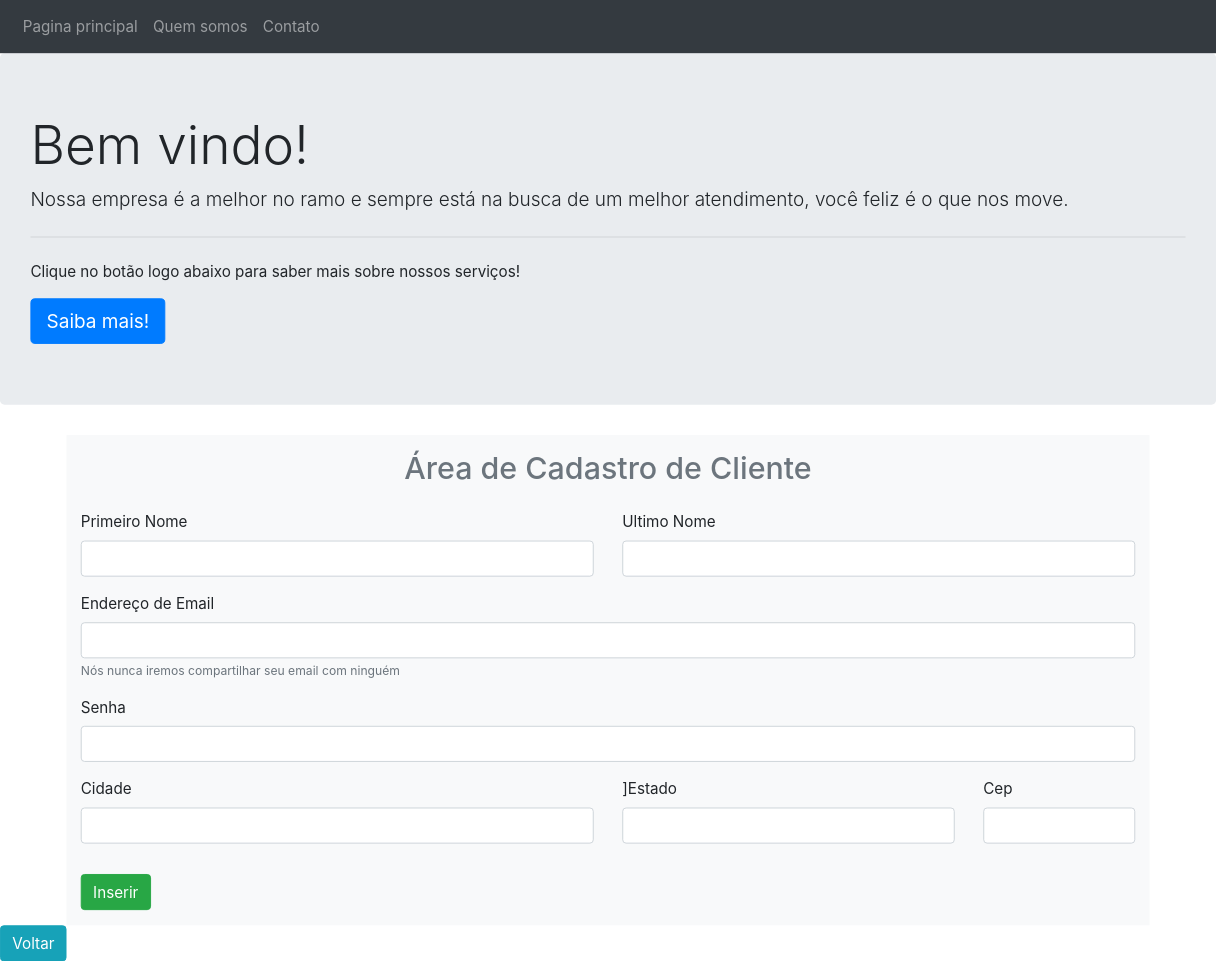
Repository: Ticapril/CRUD-JAVA
Page: http://localhost/CRUD-Java/CadastrarCliente.jsp
The author's editor kept a copy of each file at every save. The page is drawn from the files as they stood at one save, then again after the next save.
The browser window is 1280 px wide. The page is 1280 px wide, then 1295 px, then 1280 px, so the pictures cover 1295 px, including what lies to the right of the window. The pictures show the whole page, at 95% of full size.
The page is served by Tomcat 9. Other server files are loaded and not shown.

Above is the page before, as saved 2020-11-25 05:38:23.

### CRUD-Java/WebContent/CadastrarCliente.jsp
<%@ page language="java" contentType="text/html; charset=ISO-8859-1"
    pageEncoding="UTF-8"%>
    <%@ taglib uri="http://java.sun.com/jsp/jstl/core" prefix="c" %>
<!DOCTYPE html>
<html>
<head>
<title>Insert title here</title>
<meta name="viewport" content="width=device-width, initial-scale=1, shrink-to-fit=no">

<link rel="stylesheet" href="https://cdn.jsdelivr.net/npm/bootstrap@4.5.3/dist/css/bootstrap.min.css" integrity="sha384-TX8t27EcRE3e/ihU7zmQxVncDAy5uIKz4rEkgIXeMed4M0jlfIDPvg6uqKI2xXr2" crossorigin="anonymous">
</head>
<body>
	<nav class="navbar navbar-expand-lg navbar-dark bg-dark text-white">
		<%--
			<a class="navbar-brand" href="#">
				<img src="#" width="30" height="30"/>
			</a>
		--%>

		<div class="collapse navbar-collapse">
			<ul class="navbar-nav">
				<li class="navbar-item"><a class="nav-link" href="#">Pagina principal</a></li>
				<li class="navbar-item"><a class="nav-link" href="#">Quem somos</a></li>
				<li class="navbar-item"><a class="nav-link" href="#">Contato</a></li>
			</ul>
		</div>

	</nav>

	<section id="inicio">
		<div class="jumbotron">
			<h1 class="display-4">Bem vindo!</h1>
			<p class="lead">Nossa empresa é a melhor no ramo e sempre está na busca de um melhor atendimento, você feliz é o que nos move.</p>
			<hr class="my-4">
			<p>Clique no botão logo abaixo para saber mais sobre nossos serviços!</p>
			<a class="btn btn-primary btn-lg" href="#" role="button">Saiba mais!</a>
		</div>
	</section>

	<section id="formulario-cadastro">
		<div class="container bg-light">
		<h2 class="text-center text-muted pt-3 pb-3">Área de Cadastro de Cliente</h2>
			<form action='cliente?acao=cadastar&opcao=2' method='POST'>

			<div class="form-group">
				<div class="row">

					<div class="col">
						<label for="exampleInputNome">Primeiro Nome</label>
						<input type="text" class="form-control" name="nome" id="nome" />
					</div>

					<div class="col">
						<label for="exampleInputSobrenome">Ultimo Nome</label>
						<input type="text" class="form-control" name="ultimoNome" id="ultimoNome" />
					</div>
				</div>
			</div>

			<div class="form-group">
				<label for="exampleInputEmail1">Endereço de Email</label>
				<input type="email" class="form-control" id="exampleInputEmail1" aria-describedby="emailHelp" name="enderecoEmail" />
				<small id="emailHelp" class="form-text text-muted">Nós nunca iremos compartilhar seu email com ninguém</small>
			</div>

			<div class="form-group">
				<label for="exampleInput">Senha</label>
				<input type="password" class="form-control" id="exampleInputPassword" name="senha" />
			</div>
			<div class="row">

				<div class="form-group col-md-6">
					<label for="inputyCity">Cidade</label>
					<input type="text" class="form-control" id="inputCity" name="cidade"/>
				</div>

					<div class="form-group col-md-4">
						]<label for="inputState">Estado</label>
					<input type="text" class="form-control" id="inputState" name="estado" />
					</div>



				<div class="form-group col-md-2">
					<label for="inputZip">Cep</label>
					<input type="number" class="form-control" id="inputZip" name="cep" />
				</div>

			</div>
			<input type="submit" value="Inserir" class="btn btn-success mb-3 mt-3">

			</form>

		</div>
		<a class="btn btn-info" href="InserirCliente.jsp">Voltar</a>
	</section>


<script src="https://code.jquery.com/jquery-3.5.1.slim.min.js" integrity="sha384-DfXdz2htPH0lsSSs5nCTpuj/zy4C+OGpamoFVy38MVBnE+IbbVYUew+OrCXaRkfj" crossorigin="anonymous"></script>
<script src="https://cdn.jsdelivr.net/npm/popper.js@1.16.1/dist/umd/popper.min.js" integrity="sha384-9/reFTGAW83EW2RDu2S0VKaIzap3H66lZH81PoYlFhbGU+6BZp6G7niu735Sk7lN" crossorigin="anonymous"></script>
<script src="https://cdn.jsdelivr.net/npm/bootstrap@4.5.3/dist/js/bootstrap.min.js" integrity="sha384-w1Q4orYjBQndcko6MimVbzY0tgp4pWB4lZ7lr30WKz0vr/aWKhXdBNmNb5D92v7s" crossorigin="anonymous"></script>
</body>
</html>

After the next save:
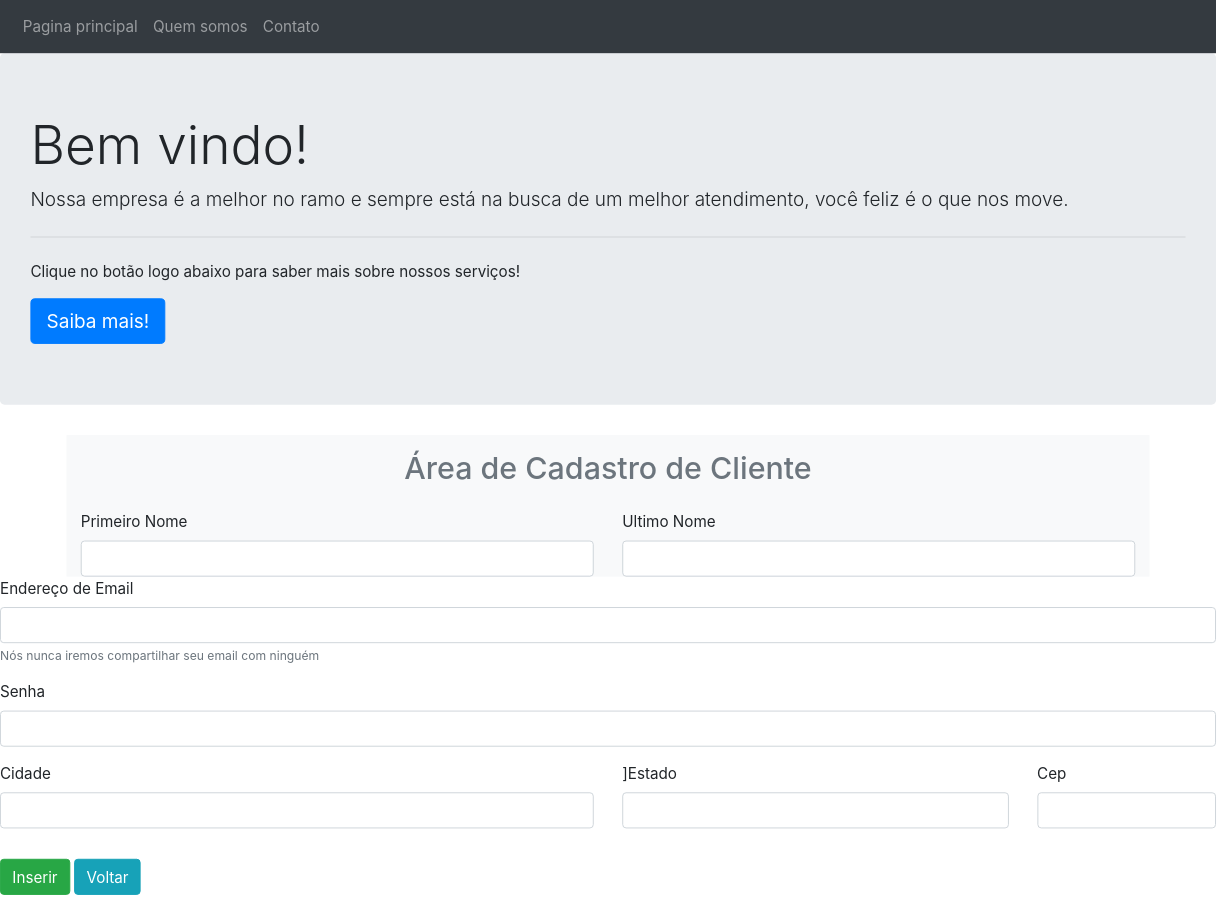
Saved 20 min 44 s later.
--- a/CRUD-Java/WebContent/CadastrarCliente.jsp
+++ b/CRUD-Java/WebContent/CadastrarCliente.jsp
@@ -40,7 +40,7 @@
 	<section id="formulario-cadastro">
 		<div class="container bg-light">
 		<h2 class="text-center text-muted pt-3 pb-3">Área de Cadastro de Cliente</h2>
-			<form action='cliente?acao=cadastar&opcao=2' method='POST'>
+			<form action='cliente?acao=cadastar&opcao=2' method="post'>
 
 			<div class="form-group">
 				<div class="row">

After the save that followed:
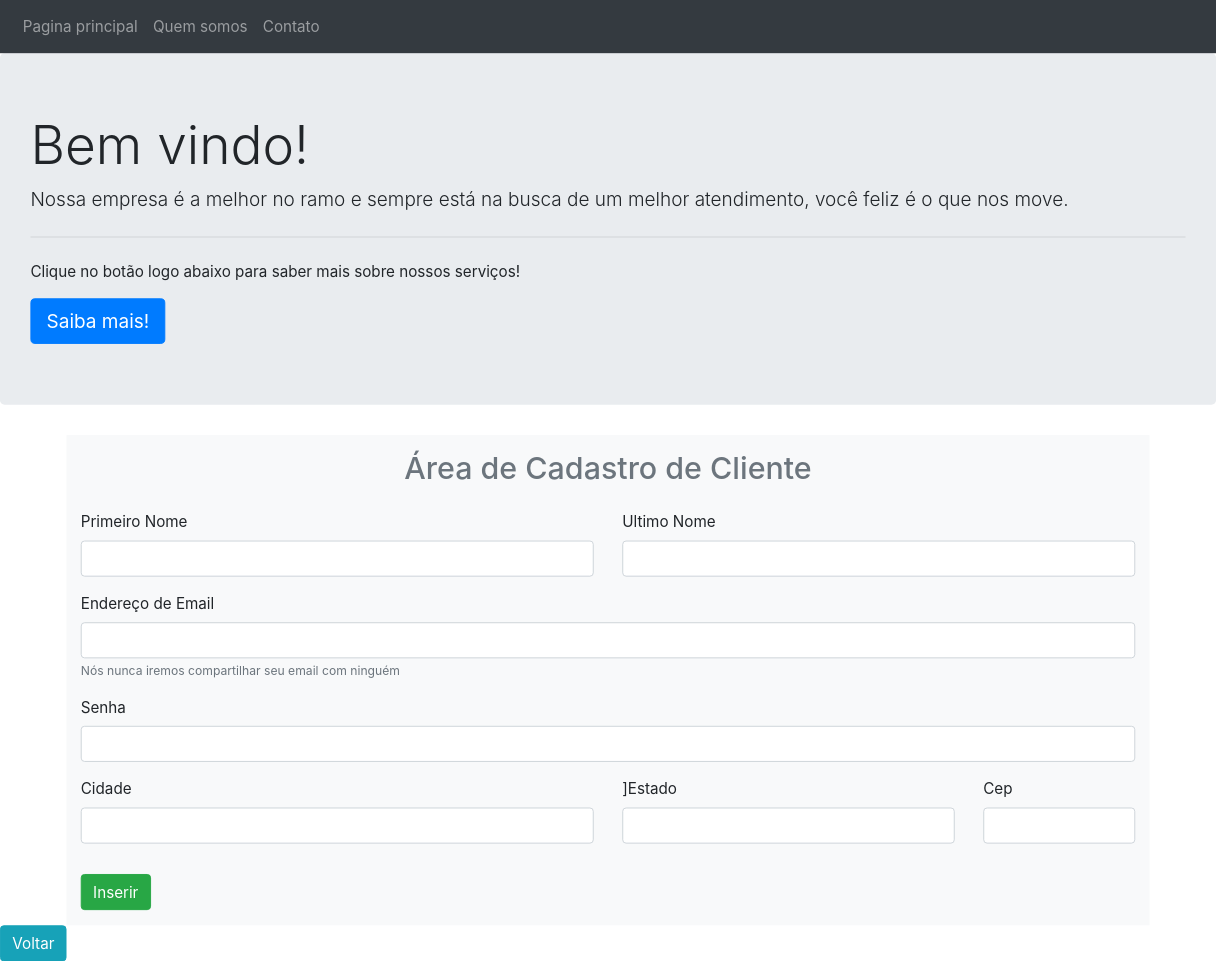
Saved 4 s later.
--- a/CRUD-Java/WebContent/CadastrarCliente.jsp
+++ b/CRUD-Java/WebContent/CadastrarCliente.jsp
@@ -40,7 +40,7 @@
 	<section id="formulario-cadastro">
 		<div class="container bg-light">
 		<h2 class="text-center text-muted pt-3 pb-3">Área de Cadastro de Cliente</h2>
-			<form action='cliente?acao=cadastar&opcao=2' method="post'>
+			<form action='cliente?acao=cadastar&opcao=2' method="post">
 
 			<div class="form-group">
 				<div class="row">
